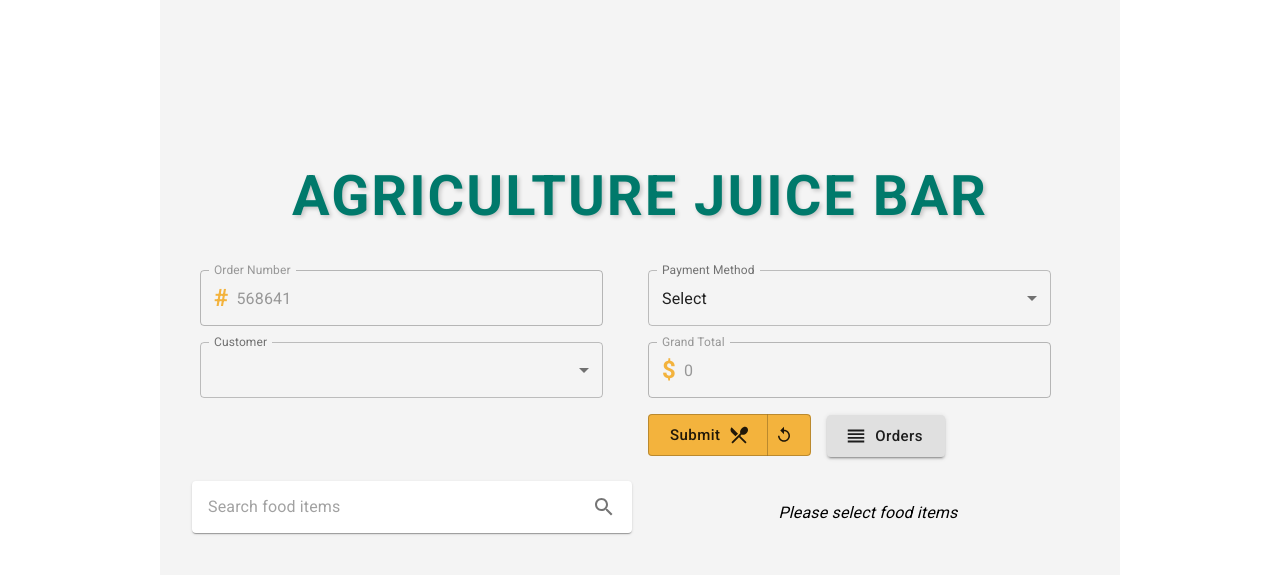
Repository: CydexCode/JuiceBarApplication
Page: / (app in restaurant-app/)
The author's editor kept a copy of each file at every save. The page is drawn from the files as they stood at one save, then again after a run of saves.
The browser window is 1280 px wide. The pictures show the whole page.
The page's requests for data from a server got no answer. The project was rebuilt for these pictures with package versions that can differ from the ones it lists, and the page was loaded fresh each time. No one was signed in, and anything a server would have sent is missing. Also part of the build but not shown: restaurant-app/src/layouts/Table.js, restaurant-app/src/components/Order/OrderList.js.

Above is the page before, as saved 2024-02-06 08:07:37.

After the next 2 saves:
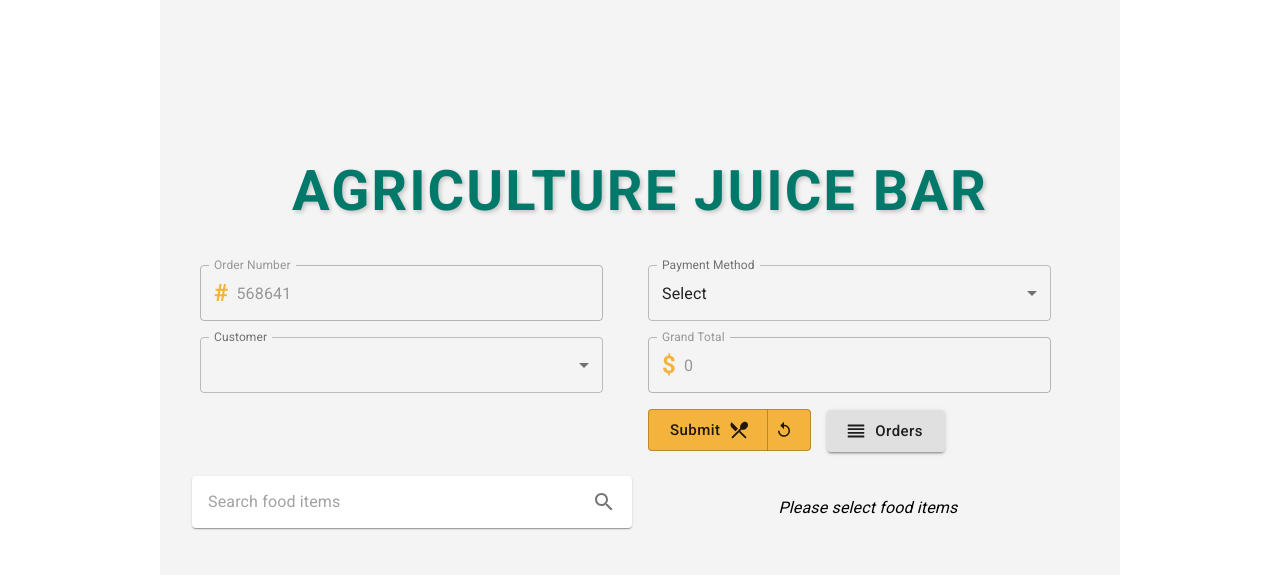
The 2 saves are shown as one change because they came seconds apart.
The last was saved 77 s later.
--- a/restaurant-app/src/App.js
+++ b/restaurant-app/src/App.js
@@ -6,7 +6,7 @@ import { fontWeight } from '@mui/system';
 const useStyles = makeStyles((theme) => ({
   container: {
     backgroundColor: '#f4f4f4',
-    paddingTop: '-50px',
+
     padding: theme.spacing(4),
     display: 'flex',
     flexDirection: 'column',
@@ -17,7 +17,7 @@ const useStyles = makeStyles((theme) => ({
   title: {
     marginBottom: theme.spacing(4),
     fontSize: '3.5rem',
-
+    marginTop: '-10px', // Move the title up by 10 pixels
     color: '#00796b', // Green color
     textAlign: 'center',
     textTransform: 'uppercase',
